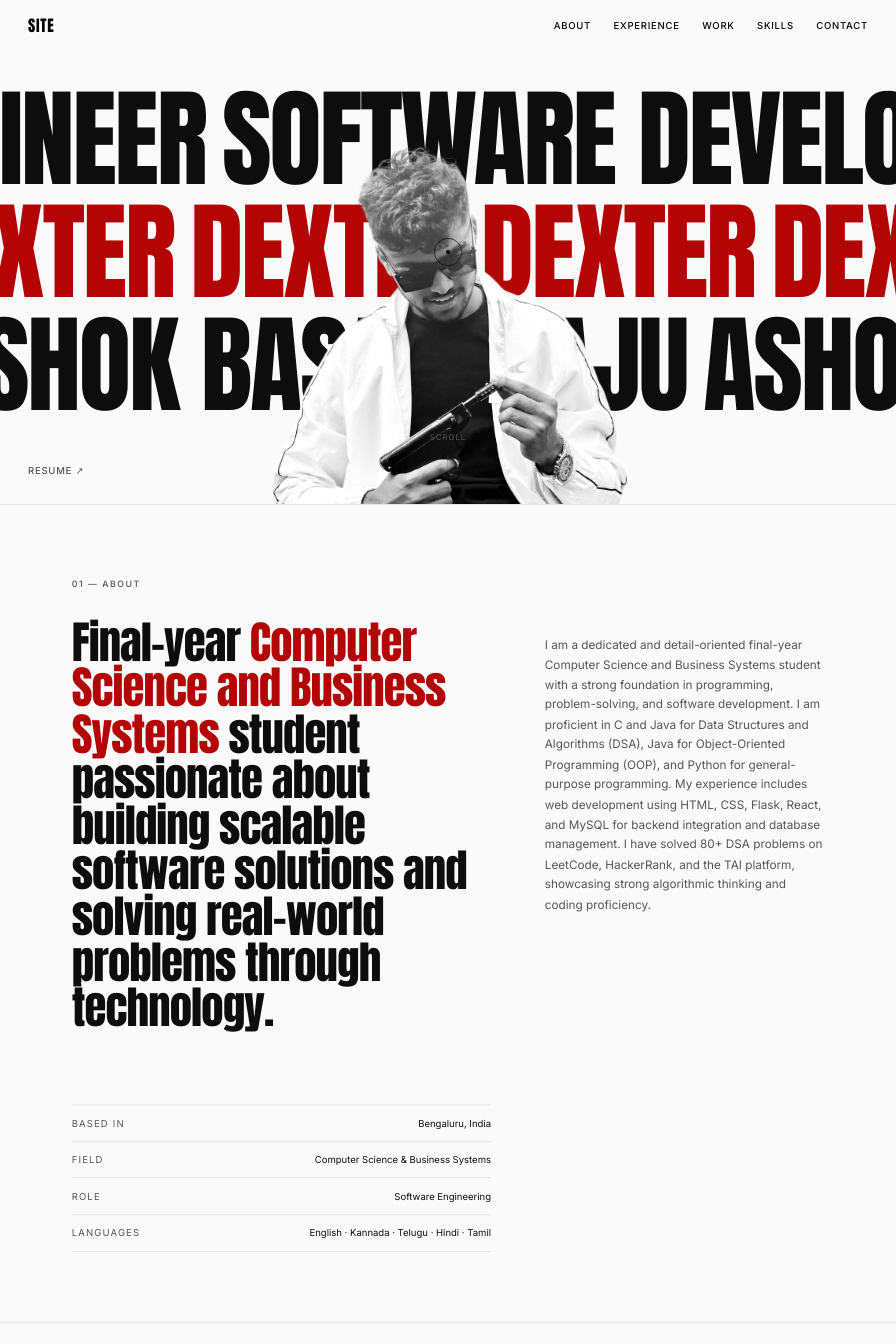
Repository: Ashok-B24/Dexter-portfolio
Page: /
An editor plug-in stored every save of this project. The page is shown before and after the next save, followed by the edit.
The browser window is 1280 px wide. The pictures show the part of the page from y = 0 to 1920 px (the page is 4445 px tall), at 70% of full size.
The project was rebuilt for these pictures with package versions that can differ from the ones it lists, and the page was loaded fresh each time. Also part of the build but not shown: vite.config.js.

Above is the page before, as saved 2026-07-28 20:44:37.

### index.html
<!doctype html>
<html lang="en">
  <head>
    <meta charset="UTF-8" />
    <meta name="viewport" content="width=device-width, initial-scale=1.0" />
    <title>Portfolio</title>
    <link rel="preconnect" href="https://fonts.googleapis.com">
    <link rel="preconnect" href="https://fonts.gstatic.com" crossorigin>
    <link href="https://fonts.googleapis.com/css2?family=Anton&family=Inter:wght@400;500&display=swap" rel="stylesheet">
  </head>
  <body>
    <div id="root"></div>
    <script type="module" src="/src/main.jsx"></script>
  </body>
</html>

### src/main.jsx
import ReactDOM from 'react-dom/client'
import App from './App'
import './App.css'

ReactDOM.createRoot(document.getElementById('root')).render(<App />)

### src/App.jsx
import { useEffect } from 'react'
import Lenis from '@studio-freight/lenis'
import Nav from './components/Nav'
import Hero from './components/Hero'
import About from './components/About'
import Experience from './components/Experience'
import Work from './components/Work'
import Capabilities from './components/Capabilities'
import Contact from './components/Contact'
import Cursor from './components/Cursor'

export default function App() {
  useEffect(() => {
    const lenis = new Lenis({ duration: 1.2, easing: t => Math.min(1, 1.001 - 2 ** (-10 * t)), smoothWheel: true })
    function raf(time) { lenis.raf(time); requestAnimationFrame(raf) }
    requestAnimationFrame(raf)

    window.__lenis = lenis

    return () => { lenis.destroy(); delete window.__lenis }
  }, [])

  return (
    <>
      <Nav />
      <main>
        <Hero />
        <About />
        <Experience />
        <Work />
        <Capabilities />
        <Contact />
      </main>
      <Cursor />
    </>
  )
}

### src/components/Nav.jsx
import { useEffect, useRef } from 'react'
import gsap from 'gsap'

export default function Nav() {
  const navRef = useRef(null)

  useEffect(() => {
    const nav = navRef.current
    if (!nav) return

    const tl = gsap.timeline({ paused: true })
    tl.to(nav, { y: '-100%', duration: 0.4, ease: 'power2.inOut' })

    let oldScroll = 0

    function onScroll() {
      const lenis = window.__lenis
      if (!lenis) return

      const thisScroll = lenis.scroll
      if (thisScroll > oldScroll && thisScroll > 60) {
        tl.timeScale(1.2).play()
      } else if (thisScroll < oldScroll) {
        tl.timeScale(1.5).reverse()
      }
      oldScroll = thisScroll
    }

    if (window.__lenis) {
      window.__lenis.on('scroll', onScroll)
    }

    return () => {
      tl.kill()
      if (window.__lenis) window.__lenis.off('scroll', onScroll)
    }
  }, [])

  return (
    <nav className="nav" ref={navRef}>
      <div className="nav__inner">
        <a className="nav__logo" href="#">SITE</a>
        <div className="nav__links">
          <a href="#about" data-cursor="View">About</a>
          <a href="#experience" data-cursor="View">Experience</a>
          <a href="#work" data-cursor="View">Work</a>
          <a href="#capabilities" data-cursor="View">Skills</a>
          <a href="#contact" data-cursor="View">Contact</a>
        </div>
      </div>
    </nav>
  )
}

### src/components/Hero.jsx
import { useEffect, useRef } from 'react'
import gsap from 'gsap'

const TRACKS = [
  { dir: 'left',  speed: 8,  text: 'Software Developer Engineer' },
  { dir: 'right', speed: 10, text: 'Dexter' },
  { dir: 'left',  speed: 6,  text: 'Ashok Basavaraju' },
]

export default function Hero() {
  const heroRef = useRef(null)

  useEffect(() => {
    const hero = heroRef.current
    if (!hero) return

    let ctx

    function start() {
      const inners = hero.querySelectorAll('.hero__track-inner')
      if (inners.length === 0) { setTimeout(start, 200); return }

      ctx = gsap.context(() => {
        inners.forEach(inner => {
          const spans = inner.querySelectorAll('span')
          if (spans.length < 2) return

          const w = spans[0].offsetWidth
          if (w === 0) return

          const right = inner.classList.contains('hero__track-inner--right')
          const s = parseFloat(inner.getAttribute('data-speed')) || 8

          gsap.fromTo(inner, { x: right ? -w : 0 }, { x: right ? 0 : -w, duration: s, ease: 'none', repeat: -1 })
        })
      }, hero)
    }

    const race = []
    if (document.fonts && document.fonts.ready) race.push(document.fonts.ready)
    race.push(new Promise(r => setTimeout(r, 1500)))
    Promise.race(race).then(start)

    return () => { if (ctx) ctx.revert() }
  }, [])

  return (
    <section className="hero" ref={heroRef}>
      <div className="hero__marquee">
        {TRACKS.map((track, i) => (
          <div className="hero__track" key={i}>
            <div
              className={`hero__track-inner hero__track-inner--${track.dir}`}
              data-speed={track.speed}
            >
              {[0, 1, 2, 3].map(n => <span key={n}>{track.text}</span>)}
            </div>
          </div>
        ))}
      </div>

      <div className="hero__portrait">
        <img src={`${import.meta.env.BASE_URL}photo.png`} alt="Raghu" />
      </div>

      <a className="hero__resume" href="#">Resume ↗</a>

      <div className="hero__scroll">
        <span>Scroll</span>
        <div className="hero__scroll-line" />
      </div>
    </section>
  )
}

### src/components/About.jsx
const FACTS = [
  ['Based in', 'Bengaluru, India'],
  ['Field', 'Computer Science & Business Systems'],
  ['Role', 'Software Engineering'],
  ['Languages', 'English · Kannada · Telugu · Hindi · Tamil'],
]

export default function About() {
  return (
    <section id="about" className="section about">
      <div className="section__head">
        <span className="section__label">01 — About</span>
      </div>

      <div className="about__grid">
        <h2 className="about__headline">
          Final-year <em>Computer Science and Business Systems</em> student
          passionate about building scalable software solutions and solving
          real-world problems through technology.
        </h2>

        <p className="about__body">
          I am a dedicated and detail-oriented final-year Computer Science and
          Business Systems student with a strong foundation in programming,
          problem-solving, and software development. I am proficient in C and
          Java for Data Structures and Algorithms (DSA), Java for
          Object-Oriented Programming (OOP), and Python for general-purpose
          programming. My experience includes web development using HTML, CSS,
          Flask, React, and MySQL for backend integration and database
          management. I have solved 80+ DSA problems on LeetCode, HackerRank,
          and the TAI platform, showcasing strong algorithmic thinking and
          coding proficiency.
        </p>

        <dl className="about__facts">
          {FACTS.map(([k, v]) => (
            <div className="about__fact" key={k}>
              <dt>{k}</dt>
              <dd>{v}</dd>
            </div>
          ))}
        </dl>
      </div>
    </section>
  )
}

### src/components/Experience.jsx
const ROLES = [
  {
    period: '2024 — PRESENT',
    title: 'Software Engineering Intern',
    org: 'Independent Projects & Freelance Work',
    desc: 'Building polished web experiences with React, Vite, and modern frontend tooling while focusing on thoughtful interaction design and performance.',
  },
  {
    period: '2023 — 2024',
    title: 'Student Developer',
    org: 'KSSEM',
    desc: 'Worked on campus-focused web solutions, strengthened problem-solving skills through DSA practice, and explored full-stack concepts through hands-on projects.',
  },
]

export default function Experience() {
  return (
    <section id="experience" className="section experience">
      <div className="section__head">
        <span className="section__label">02 — Experience</span>
      </div>

      <div className="experience__list">
        {ROLES.map((r, i) => (
          <article className="role" key={i}>
            <span className="role__period">{r.period}</span>

            <div className="role__main">
              <h3 className="role__title">{r.title}</h3>

              <span className="role__org">{r.org}</span>

              <p className="role__desc">{r.desc}</p>
            </div>
          </article>
        ))}
      </div>
    </section>
  )
}

### src/components/Work.jsx
const PROJECTS = [
  {
    title: 'KSSEM Service Portal',
    cat: 'Web App',
    desc: 'A campus service management system that simplifies the process of submitting, managing, and tracking service requests within KSSEM. It provides students, faculty, and staff with a user-friendly interface to raise requests, monitor their status, and receive timely updates.',
  },
]

export default function Work() {
  return (
    <section id="work" className="section work">
      <div className="section__head">
        <span className="section__label">03 — Selected Work</span>
      </div>

      <div className="work__list">
        {PROJECTS.map((p, i) => (
          <article className="project" key={i} data-cursor="View">
            <span className="project__index">
              {String(i + 1).padStart(2, '0')}
            </span>

            <div className="project__body">
              <h3 className="project__title">{p.title}</h3>
              <span className="project__cat">{p.cat}</span>
            </div>

            <p className="project__desc">{p.desc}</p>
          </article>
        ))}
      </div>
    </section>
  )
}

### src/components/Capabilities.jsx
const GROUPS = [
  {
    label: 'Programming Languages',
    items: [
      'Python',
      'Java',
      'C++',
      'JavaScript',
    ],
  },
  {
    label: 'Web Development',
    items: [
      'React',
      'Node.js',
      'HTML',
      'CSS',
      'Bootstrap',
    ],
  },
  {
    label: 'Core CS Concepts',
    items: [
      'Data Structures and Algorithms (C/Java)',
      'Object-Oriented Programming (Java)',
    ],
  },
]

export default function Capabilities() {
  return (
    <section id="capabilities" className="section capabilities">
      <div className="section__head">
        <span className="section__label">04 — Capabilities</span>
      </div>

      <div className="capabilities__grid">
        {GROUPS.map((g) => (
          <div className="cap-group" key={g.label}>
            <h3 className="cap-group__label">{g.label}</h3>

            <ul className="cap-group__items">
              {g.items.map((s) => (
                <li key={s}>{s}</li>
              ))}
            </ul>
          </div>
        ))}
      </div>
    </section>
  )
}

### src/components/Contact.jsx
export default function Contact() {
  return (
    <section id="contact" className="section contact">
      <div className="section__head">
        <span className="section__label">05 — Contact</span>
      </div>

      <h2 className="contact__headline">
        Let's build <em>something</em>
        <br />
        together →
      </h2>

      <div className="contact__rows">
        <a
          className="contact__row"
          href="mailto:ashokb2404@gmail.com"
          data-cursor="Email"
        >
          <span className="contact__key">Email</span>
          <span className="contact__val">ashokb2404@gmail.com</span>
        </a>

        <a
          className="contact__row"
          href="tel:+919986976276"
          data-cursor="Call"
        >
          <span className="contact__key">Phone</span>
          <span className="contact__val">+91 9986976276</span>
        </a>

        <div className="contact__row">
          <span className="contact__key">Location</span>
          <span className="contact__val">Bengaluru, India</span>
        </div>
      </div>

      <footer className="footer">
        <span>© {new Date().getFullYear()} Ashok B</span>
        <span>Built with React · Vite · GSAP</span>
      </footer>
    </section>
  )
}

### src/components/Cursor.jsx
import { useEffect, useRef } from 'react'

export default function Cursor() {
  const cursorRef = useRef(null)
  const dotRef = useRef(null)
  const labelRef = useRef(null)

  useEffect(() => {
    const cursor = cursorRef.current
    const dot = dotRef.current
    const label = labelRef.current
    if (!cursor || !dot) return

    let mX = window.innerWidth / 2
    let mY = window.innerHeight / 2
    let cX = mX
    let cY = mY
    let raf = null

    function onMove(e) { mX = e.clientX; mY = e.clientY }
    function onLeave() { cursor.style.opacity = '0'; dot.style.opacity = '0' }
    function onEnter() { cursor.style.opacity = '1'; dot.style.opacity = '1' }

    function animate() {
      cX += (mX - cX) * 0.15
      cY += (mY - cY) * 0.15
      cursor.style.left = cX + 'px'
      cursor.style.top = cY + 'px'
      dot.style.left = mX + 'px'
      dot.style.top = mY + 'px'
      raf = requestAnimationFrame(animate)
    }

    function onHover(e) {
      const t = e.target.closest('[data-cursor]')
      if (t) { cursor.classList.add('cursor--active'); if (label) label.textContent = t.dataset.cursor }
    }
    function onBlur(e) {
      const t = e.target.closest('[data-cursor]')
      if (t) { cursor.classList.remove('cursor--active') }
    }

    function onScroll() {
      if (window.__lenis) {
        const s = window.__lenis.scroll
        cY = mY - s
      }
      cursor.style.opacity = '0'
      dot.style.opacity = '0'
      clearTimeout(onScroll._timer)
      onScroll._timer = setTimeout(() => {
        if (document.hasFocus()) { cursor.style.opacity = '1'; dot.style.opacity = '1' }
      }, 200)
    }

    document.addEventListener('mousemove', onMove)
    document.addEventListener('mouseleave', onLeave)
    document.addEventListener('mouseenter', onEnter)
    document.addEventListener('mouseover', onHover)
    document.addEventListener('mouseout', onBlur)
    if (window.__lenis) window.__lenis.on('scroll', onScroll)
    raf = requestAnimationFrame(animate)

    return () => {
      document.removeEventListener('mousemove', onMove)
      document.removeEventListener('mouseleave', onLeave)
      document.removeEventListener('mouseenter', onEnter)
      document.removeEventListener('mouseover', onHover)
      document.removeEventListener('mouseout', onBlur)
      if (window.__lenis) window.__lenis.off('scroll', onScroll)
      cancelAnimationFrame(raf)
    }
  }, [])

  return (
    <>
      <div className="cursor" ref={cursorRef}>
        <span className="cursor__label" ref={labelRef} />
      </div>
      <div className="cursor__dot" ref={dotRef} />
    </>
  )
}

Loaded but not shown: src/App.css (793 lines, source omitted)

After the next save:
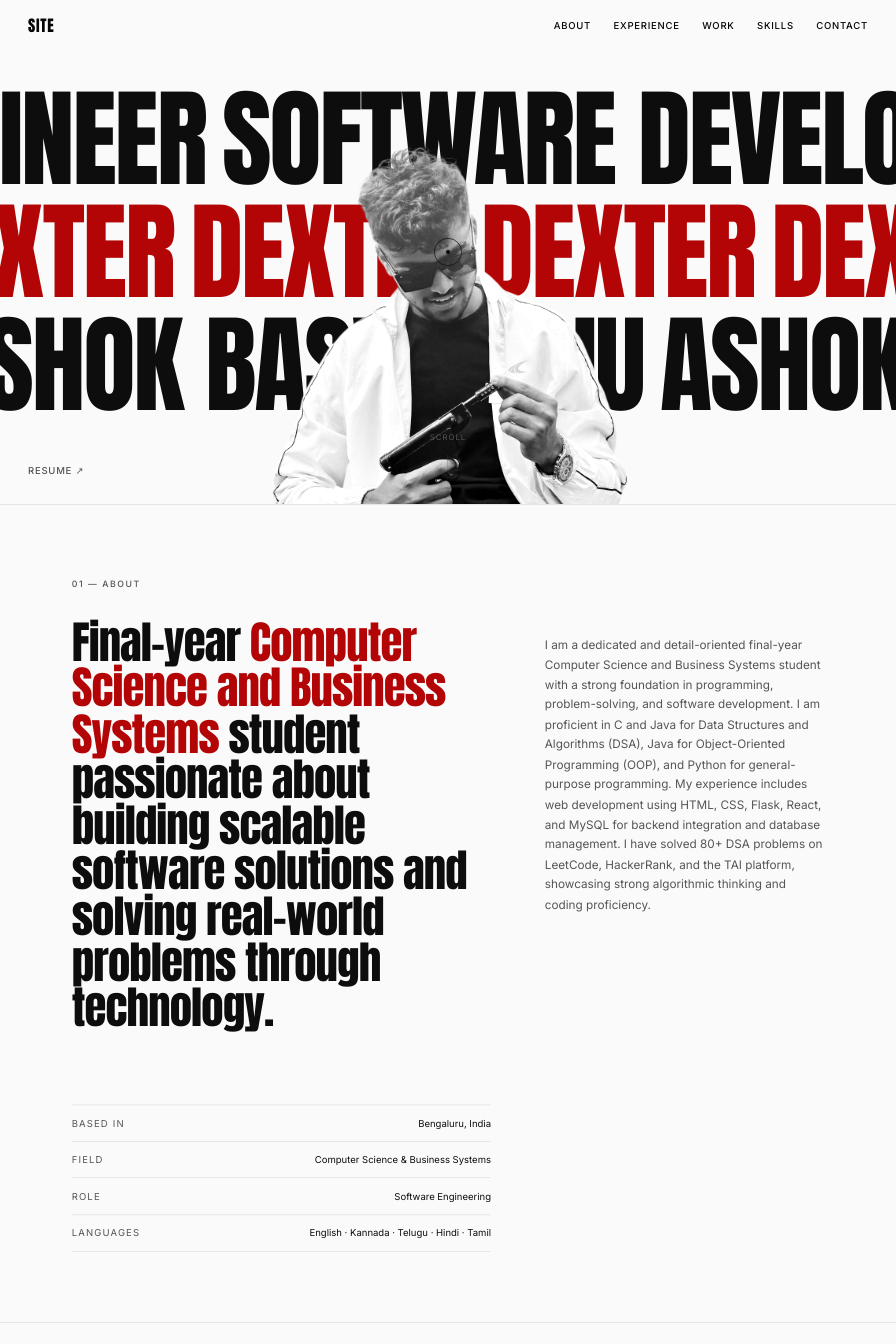
Saved 7 min 50 s later.
--- a/src/components/Hero.jsx
+++ b/src/components/Hero.jsx
@@ -4,7 +4,7 @@
 const TRACKS = [
   { dir: 'left',  speed: 8,  text: 'Software Developer Engineer' },
   { dir: 'right', speed: 10, text: 'Dexter' },
-  { dir: 'left',  speed: 6,  text: 'Ashok Basavaraju' },
+  { dir: 'left',  speed: 6,  text: 'Ashok Basvaraju' },
 ]
 
 export default function Hero() {

After the save that followed:
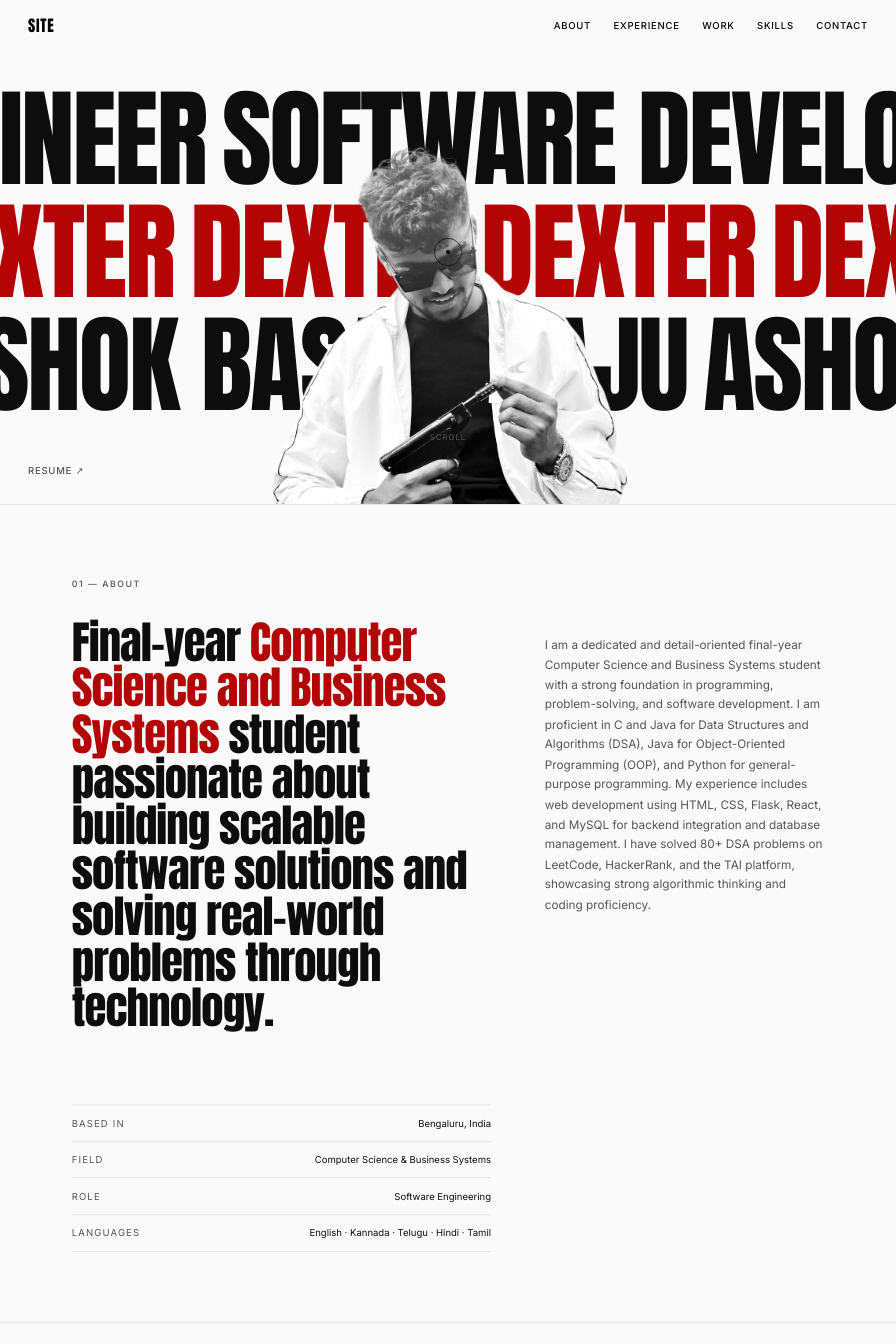
Saved 6 min 14 s later.
--- a/src/components/Hero.jsx
+++ b/src/components/Hero.jsx
@@ -4,7 +4,7 @@
 const TRACKS = [
   { dir: 'left',  speed: 8,  text: 'Software Developer Engineer' },
   { dir: 'right', speed: 10, text: 'Dexter' },
-  { dir: 'left',  speed: 6,  text: 'Ashok Basvaraju' },
+  { dir: 'left',  speed: 6,  text: 'Ashok Basavaraju' },
 ]
 
 export default function Hero() {
